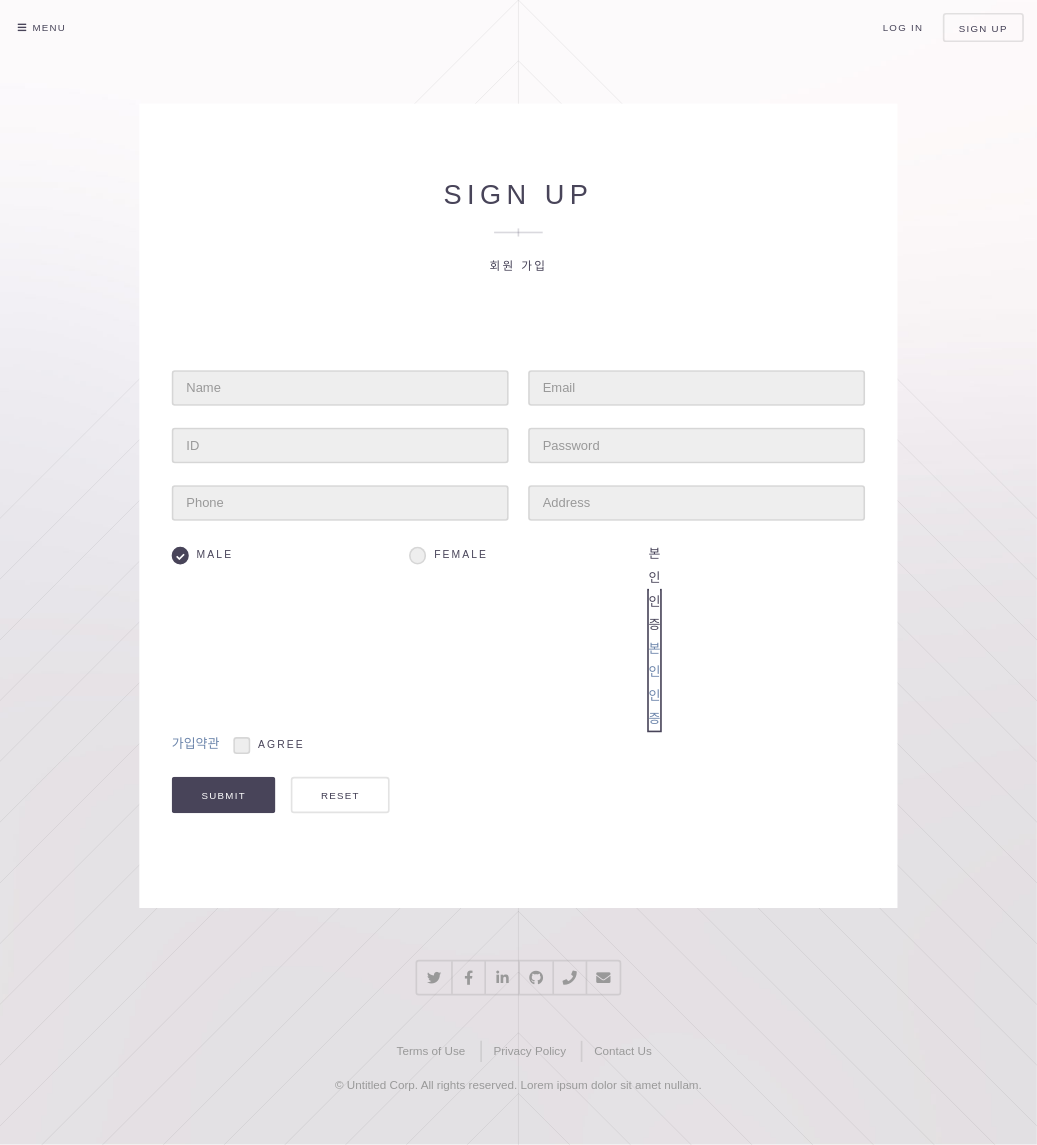
Repository: WKMoon/JavaScript-Project
Page: myFront/WebContent/signup.html
These files come from the project's save history. The page is drawn as it stood at one moment and after the next save; the edit follows.
The browser window is 1280 px wide. The pictures show the whole page, at 81% of full size.
Some web fonts or font styles are not loaded; a fallback is used.

Above is the page before, as saved 2021-03-01 22:48:39.

### myFront/WebContent/signup.html
<!DOCTYPE html>
<html>
<head>
<meta charset="UTF-8">
<meta name="viewport" content="width=device-width, initial-scale=1, user-scalable=no" />
<link rel="stylesheet" href="assets/css/main.css" />
<title>Sign Up</title>
</head>
	<body class="is-preload">

		<!-- Header -->
			<header id="header">
				<a href="#menu">Menu</a>
				<a href="login.html">Log In</a>
				<a href="signup.html" class="button">Sign Up</a>
			</header>

		<!-- Nav -->
			<nav id="menu">
				<ul class="links">
					<li><a href="index.html">Home</a></li>
<!-- 					<li><a href="generic.html">Generic</a></li>
					<li><a href="elements.html">Elements</a></li> -->
				</ul>
				<ul class="actions stacked">
					<li><a href="login.html" class="button primary fit">Log In</a></li>
					<li><a href="signup.html" class="button fit">Sign Up</a></li>
				</ul>
			</nav>


		<!-- Main -->
			<section id="main" class="wrapper style1">
				<div class="inner">

					<!-- Title -->
						<header class="major special">
							<h1>Sign Up</h1>
							<p>회원 가입</p>
						</header>

					<!-- Content -->
						<div class="content">
							<form method="post" action="#">
											<div class="row">
												<div class="col-6 col-12-xsmall">
													<input type="text" name="name" id="name" value="" placeholder="Name" />
												</div>
												<div class="col-6 col-12-xsmall">
													<input type="email" name="email" id="email" value="" placeholder="Email" />
												</div>

												<div class="col-6 col-12-xsmall">
													<input type="text" name="id" id="id" value="" placeholder="ID" />
												</div>

												<div class="col-6 col-12-xsmall">
													<input type="password" name="pw" id="pw" value="" placeholder="Password" />
												</div>

												<div class="col-6 col-12-xsmall">
													<input type="text" name="pn" id="pn" value="" placeholder="Phone" />
												</div>

												<div class="col-6 col-12-xsmall">
													<input type="text" name="addr" id="addr" value="" placeholder="Address" />
												</div>

												<!-- Break -->
												<div class="col-4 col-12-small">
													<input type="radio" id="priority-low" name="priority" checked>
													<label for="priority-low">Male</label>
												</div>
												<div class="col-4 col-12-small">
													<input type="radio" id="priority-normal" name="priority">
													<label for="priority-normal">Female</label>
												</div>
												<!-- Break -->

												<div>
													<fieldset style="border:2px solid; width:10%;">

													<legend>본인인증</legend>
													<a href="identification.html"style="text-decoration: none;">본인 인증</a>
													</fieldset>
												</div>

												<div class="col-6 col-12-small">
													<a href="agreement.html"style="text-decoration: none;">가입약관</a>
													<input type="checkbox" id="agree" name="agree">
													<label for="agree" style="margin-left:3%">Agree</label>
												</div>
												<!-- Break -->

												<!-- Break -->
												<div class="col-12">
													<ul class="actions">
														<li><input type="submit" value="Submit" class="primary" /></li>
														<li><input type="reset" value="Reset" /></li>
													</ul>
												</div>
											</div>
										</form>
						</div>

				</div>
			</section>

		<!-- Footer -->
			<footer id="footer">
				<ul class="alt-icons">
					<li><a href="#" class="icon brands fa-twitter"><span class="label">Twitter</span></a></li>
					<li><a href="#" class="icon brands fa-facebook-f"><span class="label">Facebook</span></a></li>
					<li><a href="#" class="icon brands fa-linkedin-in"><span class="label">LinkedIn</span></a></li>
					<li><a href="#" class="icon brands fa-github"><span class="label">GitHub</span></a></li>
					<li><a href="#" class="icon solid fa-phone"><span class="label">Phone</span></a></li>
					<li><a href="#" class="icon solid fa-envelope"><span class="label">Email</span></a></li>
				</ul>
				<ul class="menu">
					<li><a href="#">Terms of Use</a></li>
					<li><a href="#">Privacy Policy</a></li>
					<li><a href="#">Contact Us</a></li>
				</ul>
				<p class="copyright">
					&copy; Untitled Corp. All rights reserved. Lorem ipsum dolor sit amet nullam.
				</p>
			</footer>

		<!-- Scripts -->
			<script src="assets/js/jquery.min.js"></script>
			<script src="assets/js/jquery.scrolly.min.js"></script>
			<script src="assets/js/jquery.scrollex.min.js"></script>
			<script src="assets/js/browser.min.js"></script>
			<script src="assets/js/breakpoints.min.js"></script>
			<script src="assets/js/util.js"></script>
			<script src="assets/js/main.js"></script>

	</body>
</html>

Loaded but not shown: myFront/WebContent/assets/js/jquery.min.js (library); myFront/WebContent/assets/js/jquery.scrolly.min.js (common file); myFront/WebContent/assets/js/jquery.scrollex.min.js (common file); myFront/WebContent/assets/js/browser.min.js (common file); myFront/WebContent/assets/js/breakpoints.min.js (common file); myFront/WebContent/assets/css/fontawesome-all.min.css (library); myFront/WebContent/assets/js/util.js (587 lines, source omitted); myFront/WebContent/assets/js/main.js (57 lines, source omitted); myFront/WebContent/assets/css/main.css (4487 lines, source omitted)

After the next save:
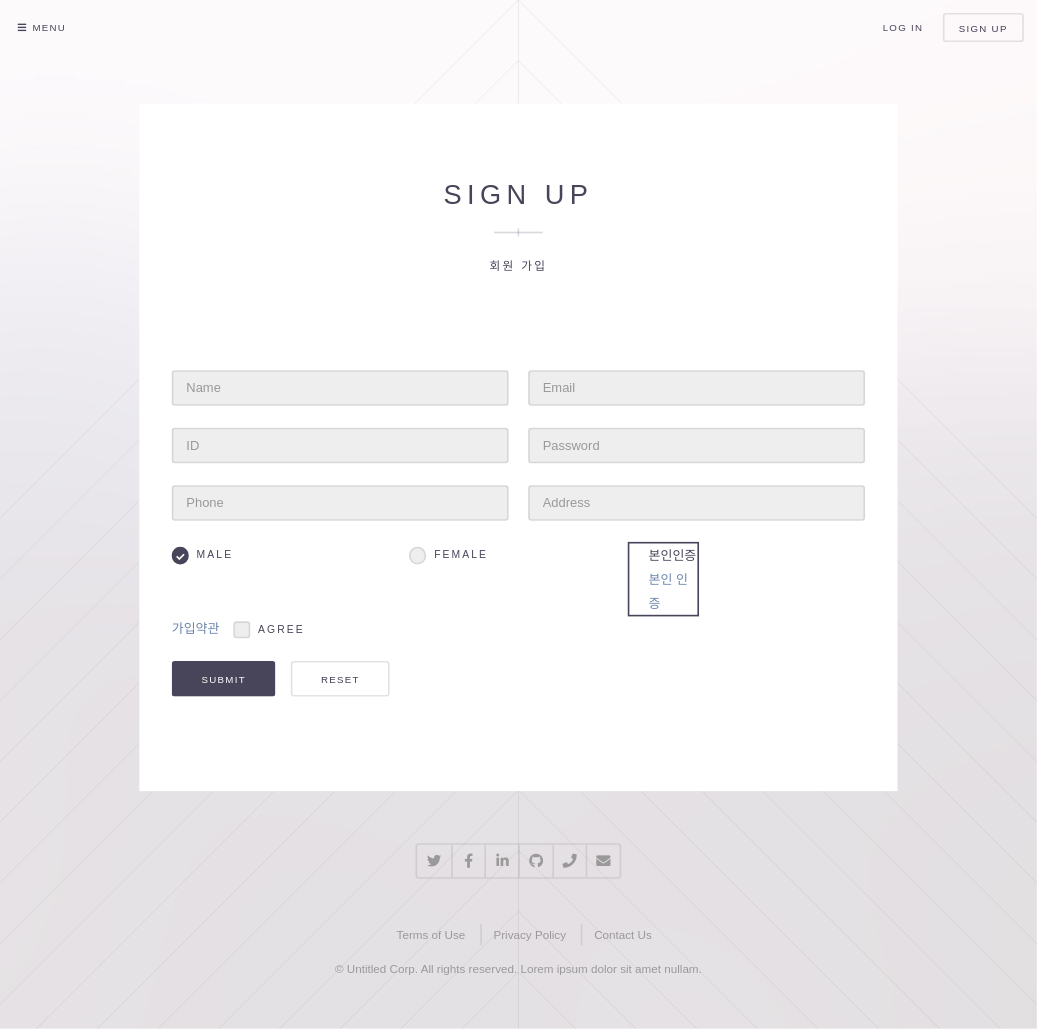
Saved 51 s later.
--- a/myFront/WebContent/signup.html
+++ b/myFront/WebContent/signup.html
@@ -76,14 +76,13 @@
 													<label for="priority-normal">Female</label>
 												</div>
 												<!-- Break -->
-
+												<fieldset style="border:2px solid; width:10%;">
 												<div>
-													<fieldset style="border:2px solid; width:10%;">
-
 													<legend>본인인증</legend>
 													<a href="identification.html"style="text-decoration: none;">본인 인증</a>
-													</fieldset>
 												</div>
+												</fieldset>
+
 
 												<div class="col-6 col-12-small">
 													<a href="agreement.html"style="text-decoration: none;">가입약관</a>
